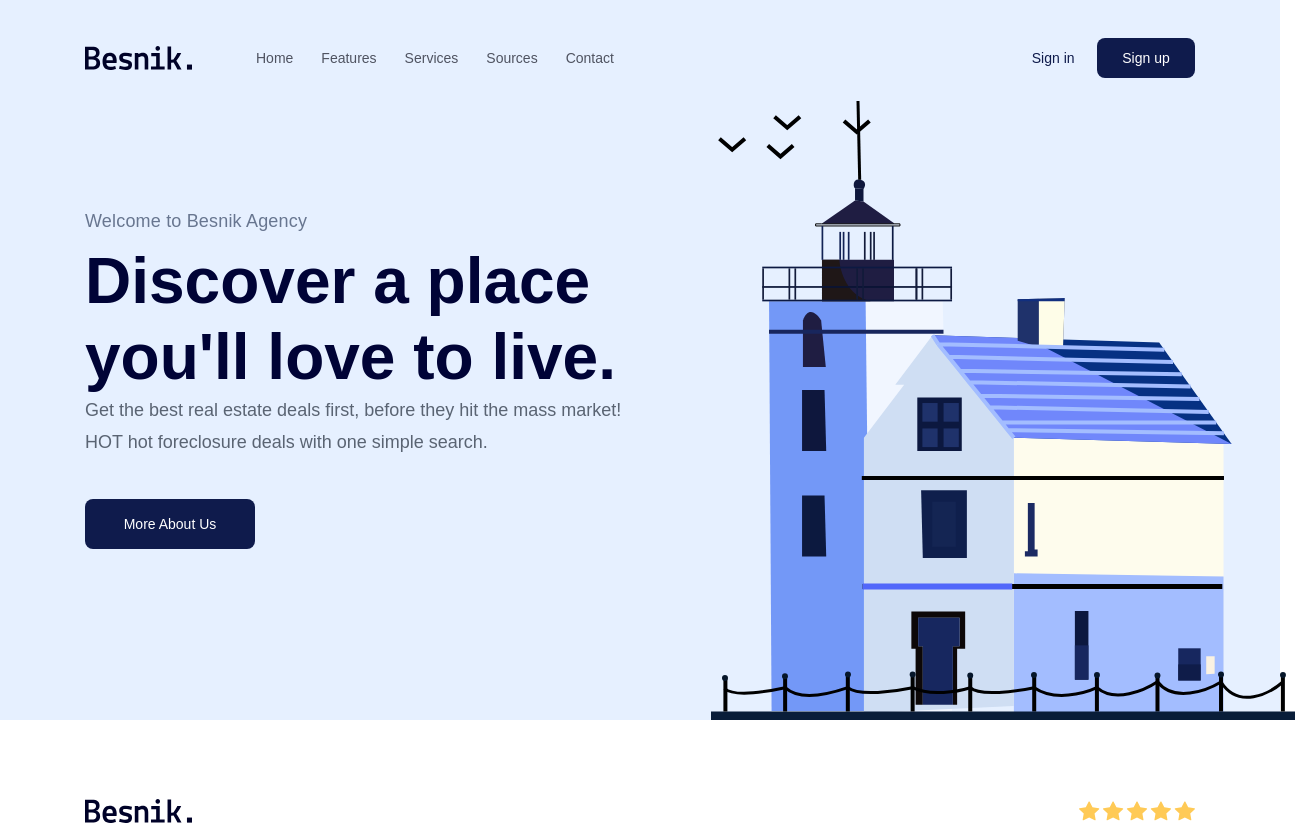
Repository: Daidoichihuy/project-01
Page: index.html
An editor plug-in stored every save of this project. The page is shown before and after the next save, followed by the edit.
The browser window is 1280 px wide. The page is 1295 px wide, so the pictures cover 1295 px, including what lies to the right of the window. The pictures show the whole page.

Above is the page before, as saved 2024-04-28 15:20:06.

### index.html
<!DOCTYPE html>
<html lang="en">
  <head>
    <meta charset="UTF-8" />
    <meta name="viewport" content="width=device-width, initial-scale=1.0" />
    <title>Project_01</title>
    <link rel="stylesheet" href="./assets/css/reset.css" />
    <link rel="stylesheet" href="./assets/fonts/stylefont.css" />
    <link rel="stylesheet" href="./assets/css/style.css" />
  </head>
  <body>
    <main>
      <header class="header">
        <div class="content">
          <nav class="navbar">
            <!-- LOGO -->
            <img src="./assets/imgs/Logo.svg" alt="Besnik." />
            <!-- NAVIGATION -->
            <ul>
              <li><a href="#!">Home</a></li>
              <li><a href="#!">Features</a></li>
              <li><a href="#!">Services</a></li>
              <li><a href="#!">Sources</a></li>
              <li><a href="#!">Contact</a></li>
            </ul>
            <!-- ACTIVE -->
            <div class="action">
              <a href="#!" class="action-link">Sign in</a>
              <a href="#!" class="btn action-btn">Sign up</a>
            </div>
          </nav>
          <div class="hero">
            <div class="info">
              <p class="sub-title">Welcome to Besnik Agency</p>
              <h1 class="title">Discover a place you'll love to live.</h1>
              <p class="des">
                Get the best real estate deals first, before they hit the mass
                market! HOT hot foreclosure deals with one simple search.
              </p>
              <a href="#!" class="btn hero-cta">More About Us</a>
            </div>
            <img
              src="./assets/imgs/Group 439.svg"
              alt="Discover a place you'll love to live"
              class="hero-img"
            />
          </div>
        </div>
      </header>

      <!-- CLIENT -->
      <div class="client">
        <div class="content">
          <div class="row">
            <img src="./assets/imgs/Logo.svg" alt="Besnik" />
            <img src="./assets/imgs/Star.svg" alt="star" class="icon-star" />
          </div>
        </div>
      </div>
    </main>
  </body>
</html>

### assets/fonts/stylefont.css
@font-face {
  font-family: "DVN-Poppins";
  src: url("poppins/DVNPoppins-Regular.woff2") format("woff2"),
    url("poppins/DVNPoppins-Regular.woff") format("woff");
  font-weight: normal;
  font-style: normal;
  font-display: swap;
}

@font-face {
  font-family: "DVN-Poppins ExtBd";
  src: url("poppins/DVNPoppins-ExtraBold.woff2") format("woff2"),
    url("poppins/DVNPoppins-ExtraBold.woff") format("woff");
  font-weight: bold;
  font-style: normal;
  font-display: swap;
}

### assets/css/style.css
* {
  box-sizing: border-box;
}

:root {
  --primary-color: #0f1b4c;
}

html {
  font-size: 62.5%;
}

body {
  font-size: 1.6rem;
  font-family: "poppins", sans-serif;
}

/* COMMON */
.content {
  width: 1110px;
  max-width: calc(100% - 48px);
  margin-left: auto;
  margin-right: auto;
}

a {
  text-decoration: none;
}

.btn {
  display: inline-block;
  min-width: 98px;
  padding: 18px 16px;
  border-radius: 8px;
  background: var(--primary-color);
  color: #fff;
  text-align: center;
  font-size: 1.4rem;
  font-weight: 500;
}

/* HEADER*/
.header {
  position: relative;
  background: #e6f0ff;
  height: 100vh;
}

.navbar {
  display: flex;
  align-items: center;
  padding-top: 38px;
}

.navbar ul {
  display: flex;
  margin-left: 50px;
}

.navbar ul li a {
  font-weight: 500;
  font-size: 1.4rem;
  color: #4f5361;
  padding: 8px 14px;
}
.navbar .action {
  margin-left: auto;
}

.navbar .action-link {
  font-size: 1.4rem;
  font-weight: 500;
  color: var(--primary-color);
}

.navbar .action-btn {
  padding: 13px 16px;
  margin-left: 18px;
}

/* HERO */
.hero {
  margin-top: 130px;
}

.hero .info {
  width: 51%;
}
.hero .sub-title {
  color: #687690;
  font-size: 1.8rem;
  line-height: 1.5;
  font-weight: 500;
  letter-spacing: 0.18px;
}

.hero .title {
  color: #000336;
  font-size: 6.4rem;
  font-weight: 700;
  line-height: 1.19;
  margin-top: 8px;
}

.hero .des {
  color: #5a6473;
  font-size: 1.8rem;
  font-weight: 400;
  line-height: 177.778%;
}
.hero-cta {
  min-width: 170px;
  margin-top: 40px;
}

.hero-img {
  position: absolute;
  right: calc((100vw - 1110px) / 2 - 100px);
  bottom: 0;
}
/* =============CLIENT============= */
.client {
  margin-top: 79px;
}

.client .row {
  display: flex;
  justify-content: space-between;
}

Loaded but not shown: assets/css/reset.css (common file)

After the next save:
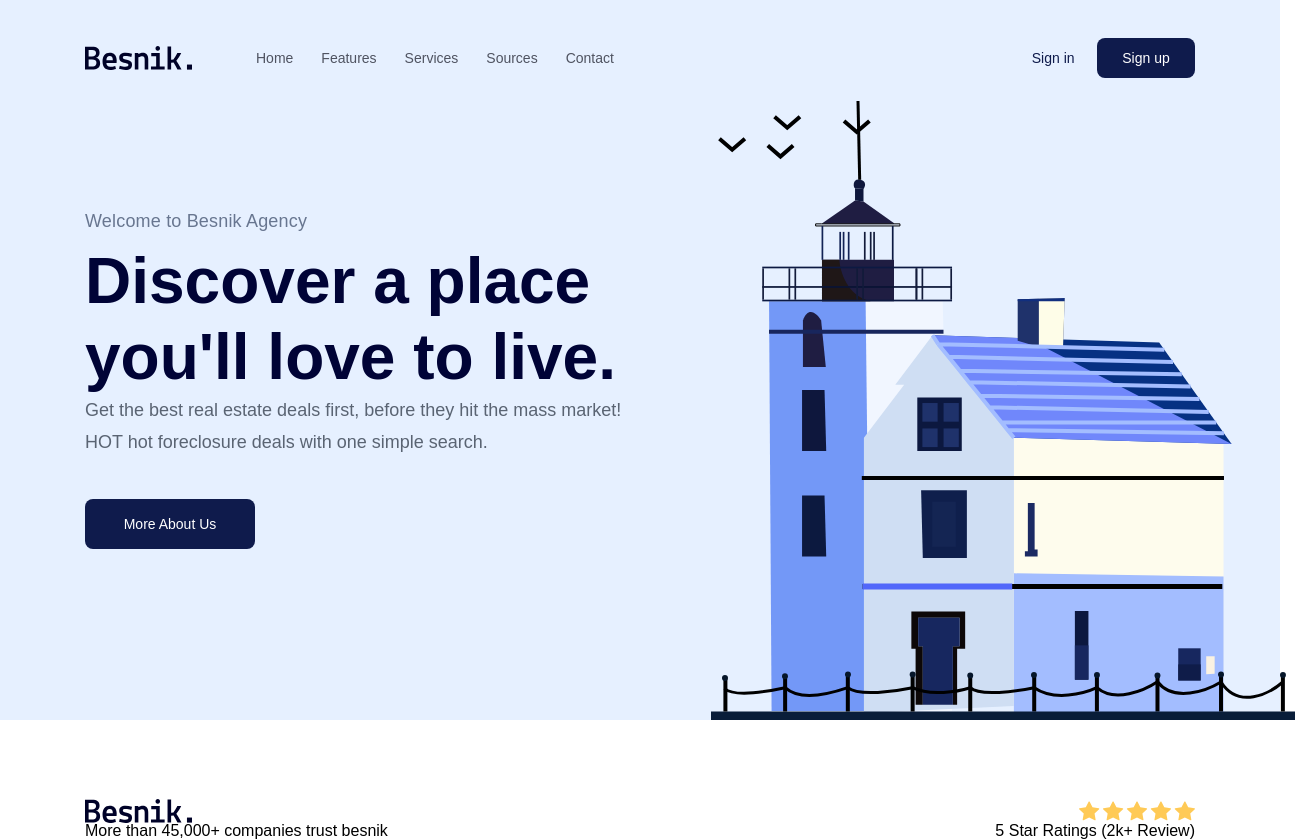
Saved 3 min 58 s later.
--- a/index.html
+++ b/index.html
@@ -55,6 +55,10 @@
             <img src="./assets/imgs/Logo.svg" alt="Besnik" />
             <img src="./assets/imgs/Star.svg" alt="star" class="icon-star" />
           </div>
+          <div class="row">
+            <p>More than 45,000+ companies trust besnik</p>
+            <p>5 Star Ratings (2k+ Review)</p>
+          </div>
         </div>
       </div>
     </main>
